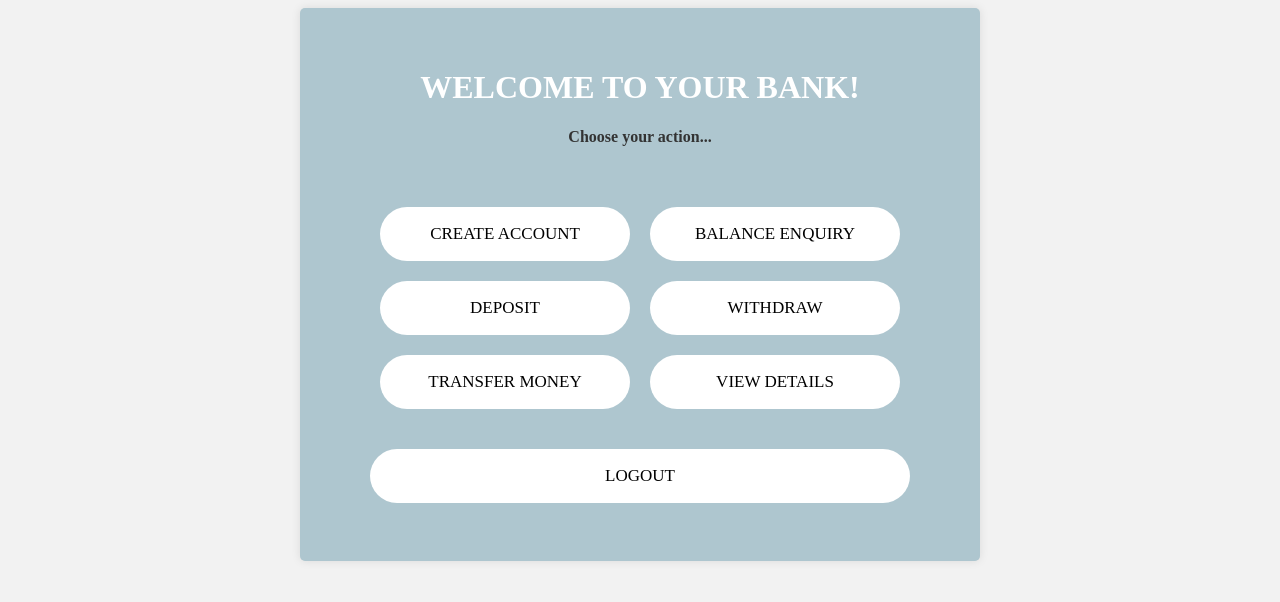
Repository: mansistic-0n3/Java_IGT
Page: Java Project/BankServlet/src/main/webapp/Home.html
These files come from the project's save history. The page is drawn as it stood at one moment and after the next save; the edit follows.
The browser window is 1280 px wide. The pictures show the whole page.

Above is the page before, as saved 2023-07-03 06:37:14.

### Java Project/BankServlet/src/main/webapp/Home.html
<!DOCTYPE html>
<html>
<head>
  <title>BANK</title>
   <!--<style>
 .button{
  width: 100%;
  padding: 10px;
  border-radius: 3px;
  border: none;
  background-color: #AEC6CF;
  color: #ffffff;
  cursor: pointer;
 }
 .button:hover {
      transform: scale(1.2);
    }
  </style>-->
  <style>
  .btn {
 position: relative;
 font-size: 17px;
 width:250px;
 text-transform: uppercase;
 text-decoration: none;
 padding: 1em 2.5em;
 display: inline-block;
 border-radius: 6em;
 transition: all .2s;
 border: none;
 font-family: inherit;
 font-weight: 500;
 color: black;
 background-color: white;
}

.btn:hover {
 transform: translateY(-3px);
 box-shadow: 0 10px 20px rgba(0, 0, 0, 0.2);
}

.btn:active {
 transform: translateY(-1px);
 box-shadow: 0 5px 10px rgba(0, 0, 0, 0.2);
}

.btn::after {
 content: "";
 display: inline-block;
 height: 100%;
 width: 100%;
 border-radius: 100px;
 position: absolute;
 top: 0;
 left: 0;
 z-index: -1;
 transition: all .4s;
}

.btn::after {
 background-color: #fff;
}

.btn:hover::after {
 transform: scaleX(1.4) scaleY(1.6);
 opacity: 0;
}
  </style>
</head>
<body style="background-color: #f2f2f2; text-align:center;">
<div style="max-width: 600px; margin: 0 auto; padding: 40px; background-color: #AEC6CF; border-radius: 5px; box-shadow: 0 0 10px rgba(0, 0, 0, 0.1);">
 <h1 style="text-align: center; color: #fff;">WELCOME TO YOUR BANK!</h1>
 <h4 style="text-align: center; color: #333333;">Choose your action...</h4>
  <div style="display: grid; grid-template-columns: repeat(2, 1fr); gap: 20px; max-width: 600px; margin: 0 auto; padding: 40px;">
   <form action="create.html"> <div style="text-align: center;">
      <input type="submit" value = "CREATE ACCOUNT" class="btn">
    </div></form>
    <form action="Bal.html"> <div style="text-align: center;">
      <input type="submit" value = "BALANCE ENQUIRY" class="btn">
    </div></form>
   <form action="Deposit.html"> <div style="text-align: center;">
      <input type="submit" value = "DEPOSIT" class="btn">
    </div></form>
    <form action="Withdraw.html"> <div style="text-align: center; ">
      <input type="submit" value = "WITHDRAW" class="btn">
    </div></form>
     <form action="transfer.html"> <div style="text-align: center;">
      <input type="submit" value = "TRANSFER MONEY" class="btn">
    </div></form>
    <form action="detail.html"> <div style="text-align: center;">
      <input type="submit" value = "VIEW DETAILS" class="btn">
    </div></form>
  </div>

      <form action="login.html">
        <input type="submit" value="Logout" class="btn" style="width:90%">
      <br><br></form></div>
</body>
</html>

After the next save:
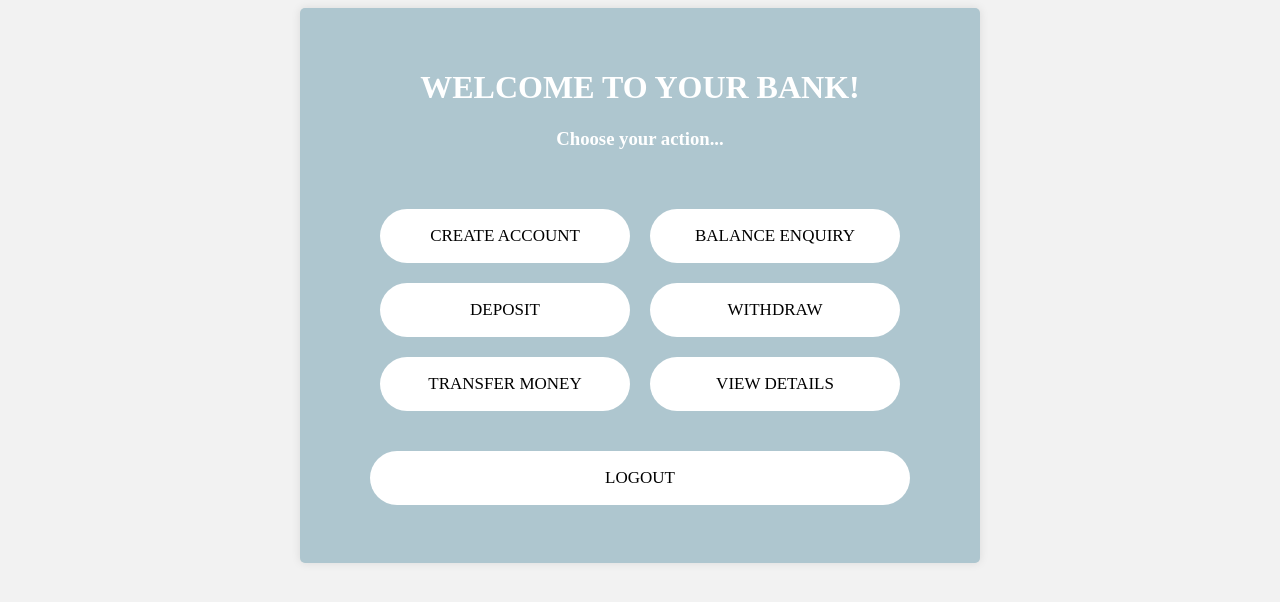
Saved 62 s later.
--- a/Java Project/BankServlet/src/main/webapp/Home.html
+++ b/Java Project/BankServlet/src/main/webapp/Home.html
@@ -70,7 +70,7 @@
 <body style="background-color: #f2f2f2; text-align:center;">
 <div style="max-width: 600px; margin: 0 auto; padding: 40px; background-color: #AEC6CF; border-radius: 5px; box-shadow: 0 0 10px rgba(0, 0, 0, 0.1);">
  <h1 style="text-align: center; color: #fff;">WELCOME TO YOUR BANK!</h1>
- <h4 style="text-align: center; color: #333333;">Choose your action...</h4>
+ <h3 style="text-align: center; color: #fff;">Choose your action...</h3>
   <div style="display: grid; grid-template-columns: repeat(2, 1fr); gap: 20px; max-width: 600px; margin: 0 auto; padding: 40px;">
    <form action="create.html"> <div style="text-align: center;">
       <input type="submit" value = "CREATE ACCOUNT" class="btn">
